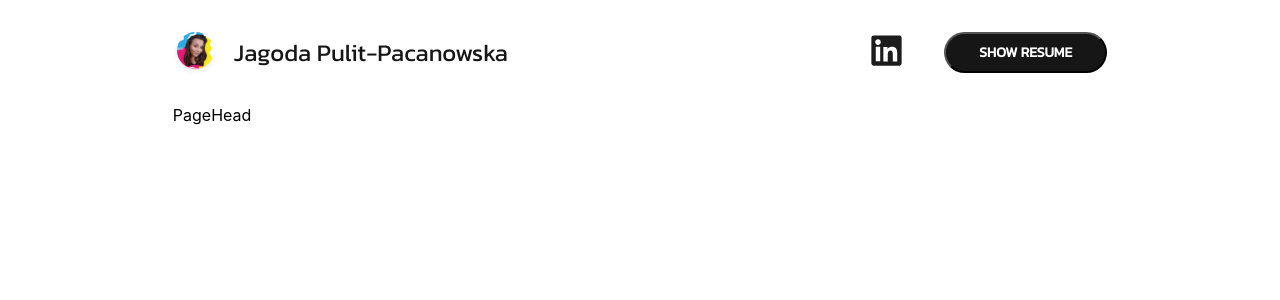
Repository: remigiuszpulit/ux-ui-portfolio
Page: /dimarkit
An editor plug-in stored every save of this project. The page is shown before and after the next save, followed by the edit.
The browser window is 1280 px wide. The pictures show the whole page.
The project was rebuilt for these pictures with package versions that can differ from the ones it lists, and the page was loaded fresh each time. Also part of the build but not shown: src/components/Card.js, src/pages/index.js.

Above is the page before, as saved 2022-10-03 19:28:32.

### public/index.html
<!DOCTYPE html>
<html lang="en">
  <head>
    <meta charset="utf-8" />
    <link rel="icon" href="%PUBLIC_URL%/avatar.svg" />
    <meta name="viewport" content="width=device-width, initial-scale=1" />
    <meta name="theme-color" content="#000000" />
    <meta
      name="description"
      content="Web site created using create-react-app"
    />
    <link rel="apple-touch-icon" href="%PUBLIC_URL%/avatar.svg" />
    <!--
      manifest.json provides metadata used when your web app is installed on a
      user's mobile device or desktop. See https://developers.google.com/web/fundamentals/web-app-manifest/
    -->
    <link rel="manifest" href="%PUBLIC_URL%/manifest.json" />
    <!--
      Notice the use of %PUBLIC_URL% in the tags above.
      It will be replaced with the URL of the `public` folder during the build.
      Only files inside the `public` folder can be referenced from the HTML.

      Unlike "/favicon.ico" or "favicon.ico", "%PUBLIC_URL%/favicon.ico" will
      work correctly both with client-side routing and a non-root public URL.
      Learn how to configure a non-root public URL by running `npm run build`.
    -->
    <title>Jagoda Pulit UX/UI Portfolio</title>
  </head>
  <body>
    <noscript>You need to enable JavaScript to run this app.</noscript>
    <div id="root"></div>
    <!--
      This HTML file is a template.
      If you open it directly in the browser, you will see an empty page.

      You can add webfonts, meta tags, or analytics to this file.
      The build step will place the bundled scripts into the <body> tag.

      To begin the development, run `npm start` or `yarn start`.
      To create a production bundle, use `npm run build` or `yarn build`.
    -->
  </body>
</html>

### src/index.js
import React from "react";
import ReactDOM from "react-dom/client";
import "./index.css";
import App from "./App";
import reportWebVitals from "./reportWebVitals";

const root = ReactDOM.createRoot(document.getElementById("root"));
root.render(
  // <React.StrictMode>
  <App />
  // </React.StrictMode> */
);

// If you want to start measuring performance in your app, pass a function
// to log results (for example: reportWebVitals(console.log))
// or send to an analytics endpoint. Learn more: https://bit.ly/CRA-vitals
reportWebVitals();

### src/App.js
import { BrowserRouter, Routes, Route } from "react-router-dom";
import Navbar from "./components/Navbar";
import GlobalStyle from "./globalStyles";
import Index from "./pages";
import Dimark from "./pages/dimark";

function App() {
  return (
    <>
      <GlobalStyle />
      <BrowserRouter>
        <Navbar />

        <Routes>
          <Route path="/" element={<Index />} />
          <Route path="/dimarkit" element={<Dimark />} />
        </Routes>
      </BrowserRouter>
    </>
  );
}

export default App;

### src/components/Navbar.js
import React from "react";
import styled from "styled-components";
import avatar from "../static/avatar.svg";
import LinkedinIcon from "../static/LinkedinIcon.svg";
import "@fontsource/kanit";

function Navbar(props) {
  return (
    <NavContainer>
      <NavWrapper>
        <ItemsWrapper>
          <img src={avatar} alt="Avatar" />
          <LogoText>Jagoda Pulit-Pacanowska</LogoText>
        </ItemsWrapper>
        <ItemsWrapper>
          <a
            href="https://www.linkedin.com/in/jagoda-pulit/"
            target={"_blank"}
            rel="noreferrer"
          >
            <img src={LinkedinIcon} alt="LinkedinIcon" />
          </a>
          <ResumeButton>
            <ResumeButtonText>show resume</ResumeButtonText>
          </ResumeButton>
        </ItemsWrapper>
      </NavWrapper>
    </NavContainer>
  );
}

export default Navbar;

const NavContainer = styled.nav`
  height: 105px;
  background: rgba(232, 228, 222, 0.01);
  backdrop-filter: blur(3px);
  position: fixed;
  display: flex;
  width: 100%;
  justify-content: center;
`;

const NavWrapper = styled.div`
  width: 73%;
  display: flex;
  justify-content: center;
  align-items: center;
  flex-direction: column;
  @media (min-width: 768px) {
    justify-content: space-between;
    flex-direction: row;
    width: 73%;
  }
`;
const ItemsWrapper = styled.div`
  display: flex;
  align-items: center;
`;
const LogoText = styled.h3`
  margin-left: 16px;
  font-family: "Kanit";
  font-style: normal;
  font-weight: 500;
  font-size: 16px;
  @media (min-width: 768px) {
    font-size: 24px;
  }
  line-height: 124%;
  color: #161616;
`;

const ResumeButton = styled.button`
  display: flex;
  flex-direction: row;
  width: 163px;
  height: 41px;
  justify-content: center;
  margin-left: 42px;
  align-items: center;
  padding: 10px;
  background: #161616;
  border-radius: 159px;
`;

const ResumeButtonText = styled.h4`
  font-family: "Kanit";
  font-style: normal;
  font-weight: 600;
  font-size: 14px;
  line-height: 21px;
  /* identical to box height */

  text-transform: uppercase;

  color: #ffffff;

  /* Inside auto layout */

  flex: none;
  order: 0;
  flex-grow: 0;
`;

### src/globalStyles.js
import { createGlobalStyle } from "styled-components";

const GlobalStyle = createGlobalStyle`
  body {
    margin: 0;
    padding: 0;
  }
`;

export default GlobalStyle;

### src/pages/dimark.js
import React from "react";
import PageHead from "../components/PageHead";
import styled from "styled-components";

function Dimark(props) {
  return (
    <Page>
      <PageHead />
    </Page>
  );
}

export default Dimark;
const Page = styled.div`
  display: flex;
  justify-content: center;
`;

### src/components/PageHead.js
import React from "react";
import styled from "styled-components";

function PageHead(props) {
  return <Container>PageHead</Container>;
}

export default PageHead;

const Container = styled.div`
  width: 73%;
  margin-top: 150px;
  @media (min-width: 768px) {
    margin-top: 105px;
  }
`;

Loaded but not shown: src/index.css (common file); src/reportWebVitals.js (common file)

After the next save:
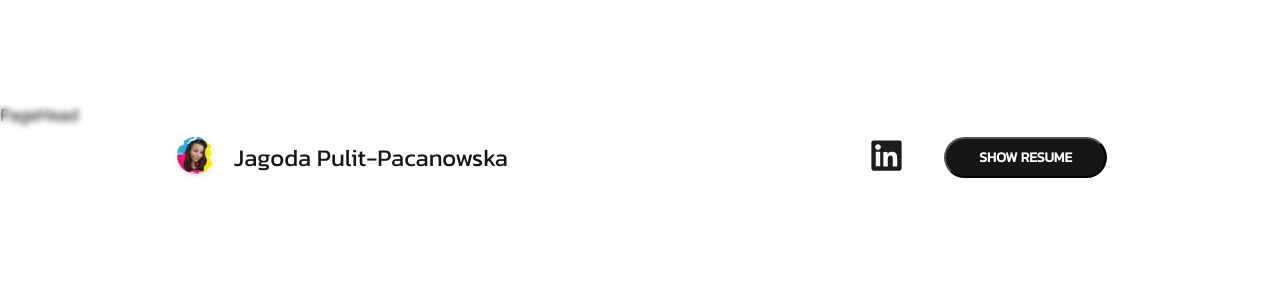
Saved 41 s later.
--- a/src/pages/dimark.js
+++ b/src/pages/dimark.js
@@ -3,11 +3,7 @@
 import styled from "styled-components";
 
 function Dimark(props) {
-  return (
-    <Page>
-      <PageHead />
-    </Page>
-  );
+  return <PageHead />;
 }
 
 export default Dimark;
